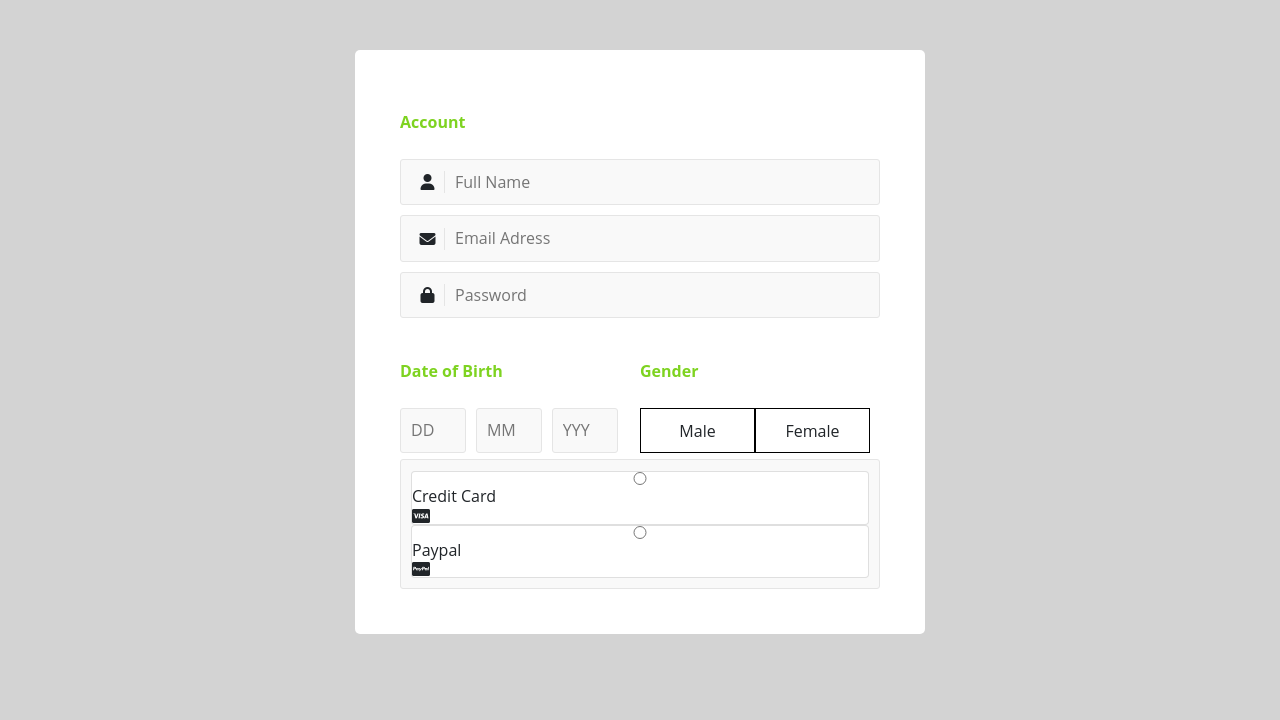
Repository: letrongtinh27/LapTrinhWeb
Page: Payment/index.html
The author's editor kept a copy of each file at every save. The page is drawn from the files as they stood at one save, then again after the next save.
The browser window is 1280 px wide. The pictures show the whole page.

Above is the page before, as saved 2022-10-11 21:44:50.

### Payment/index.html
<!DOCTYPE html>
<html lang="en">
<head>
    <meta charset="UTF-8">
    <meta http-equiv="X-UA-Compatible" content="IE=edge">
    <meta name="viewport" content="width=device-width, initial-scale=1.0">
    <title>Document</title>
    <link rel="stylesheet" href="./reset.css">
    <link rel="stylesheet" href="./style.css">
    <link rel="stylesheet" href="https://cdn.jsdelivr.net/npm/bootstrap@4.3.1/dist/css/bootstrap.min.css" integrity="sha384-ggOyR0iXCbMQv3Xipma34MD+dH/1fQ784/j6cY/iJTQUOhcWr7x9JvoRxT2MZw1T" crossorigin="anonymous">
    <link rel="stylesheet" href="https://cdnjs.cloudflare.com/ajax/libs/font-awesome/6.2.0/css/all.min.css" integrity="sha512-xh6O/CkQoPOWDdYTDqeRdPCVd1SpvCA9XXcUnZS2FmJNp1coAFzvtCN9BmamE+4aHK8yyUHUSCcJHgXloTyT2A==" crossorigin="anonymous" referrerpolicy="no-referrer" />
</head>
<body>
    <div class="payment">
        <form action="#" class="form-payment">
            <h4 class="title">Account</h4>
            <div class="form-group">
            <div class="form-item">
                <input type="text" placeholder="Full Name">
                <div class="icon icon-name">
                    <i class="fa-solid fa-user"></i>
                </div>
            </div>
            <div class="form-item">
                <input type="email" placeholder="Email Adress">
                <div class="icon icon-email">
                    <i class="fa-solid fa-envelope"></i>
                </div>
            </div>
            <div class="form-item">
                <input type="password" placeholder="Password">
                <div class="icon icon-pass">
                    <i class="fa-solid fa-lock"></i>
                </div>
            </div>
        </div>
        <div class="form-group2">
            <div class="group2">
                <h4 class="title">Date of Birth</h4>
                <div class="input-group">
                    <div class="item-input"> <input type="text" placeholder="DD"></div>
                    <div class="item-input"> <input type="text" placeholder="MM"></div>
                    <div class="item-input"> <input type="text" placeholder="YYY"></div>
                </div>
            </div>
            <div class="group2">
                <h4 class="title">Gender</h4>
                <div class="input-group">
                    <input type="radio" name="gender" value="male" id="gender-male" class="radio-input">
                    <label for="gender-male">Male</label>
                    <input type="radio" name="gender" id="gender-female" value="female"
                    class="radio-input">
                    <label for="gender-female">Female</label>
                </div>
            </div>

        </div>

            <div class="form-item">
                <div class="card">
                    <input type="radio"> Credit Card
                    <i class="fa-brands fa-cc-visa"></i>
                </div>
                <div class="card">
                    <input type="radio"> Paypal
                    <i class="fa-brands fa-cc-paypal"></i>
                </div>
                </div>
                <!-- <div class="form-item">
                    <input type="text" placeholder="Card Number">
                    <div class="icon icon-card">
                        <i class="fa-solid fa-credit-card"></i>
                    </div>
                </div> -->
                <!-- <div class="form-item">
                   <div class="left">
                    <select name="" id="">
                        <option value="">01 Jan</option>
                        <option value="">02 Jan</option>
                    </select>
                    <select name="" id="">
                        <option value="">2015</option>
                        <option value="">2016</option>
                    </select>
                   </div>
                </div> -->
                <!-- <div class="form-item">
                    <h4 class="title">Terms and Conditions</h4>
                    <input type="radio">
                    <label for="">I accept the term and conditions for signing up to this service, and here by confirm i have read the privacy policy.</label>
                </div> -->
        </form>
    </div>
</body>
</html>

### Payment/style.css
/* https://codepen.io/josecarneiro/pen/Kwbapp @import: "libs/base.less"; */
body {
    font-family: 'Open Sans',sans-serif !important;
    background-color: lightgray !important;
}
.payment{
    width: 100%;
    max-width: 570px;
    margin: 50px auto;
    justify-content: center;
    align-items: center;
    display: flex;
    border-radius: 5px;
    background-color: #fff;
    padding: 35px 45px;
}
.form-payment{
    font-family: 'Open Sans',sans-serif;
}
.title{
    color: #7ed321;
    font-size: 16px;
    font-weight: bold;
    line-height: 1.5;
    margin: 25px 0px;
}
.form-group{
    position: relative;

}
.form-item, .item-input > input {
    width: 100%;
    padding: 10px;
    line-height: 1.4;
    border: 1px solid #e5e5e5;
    border-radius: 3px;
    background-color: #f9f9f9;
    margin-bottom: 10px;
}

.form-item > input{
    padding-left: 44px;
    border: 0;
    outline: none;
    background-color: #f9f9f9;
    margin: 0 auto;
}


.icon {
    display: block;
    position: absolute;
    width: 34px;
    text-align: center;
    border-right: 1px solid #e5e5e5;
}
.icon-name{
    top: 12px;
}
.icon-email{
    top: 69px;
}

.icon-pass {
    top: 125px;
}

.icon-card {
    top: 777px;
}

.form-group2 {
    display: block;
    width: 100%;
    height: 125px;
}

.group2 {
    padding-right: 10px;
    float: left;
    width: 50%;
}
.input-group{
    margin-bottom: 10px;
}
.item-input {
    padding-right: 10px;
    float: left;
    width: 33%;
    height: 53px;
}
.radio-input {
    display: none;
}

.input-group > label {
    display: inline-block;
    width: 50%;
    height: 45px;
    padding-top: 10px;
    text-align: center;
    float: left;
    border-radius: 0;
    border: 1px solid black;
}

input[type="radio"]:checked + label, input:checked + label:before, select:focus, select:active {
    background-color: #7ed321;
    color: #fff;
    border-color: #64ac15;
}
.card{

}
.right{

}
.left{

}

Loaded but not shown: Payment/reset.css (common file)

After the next save:
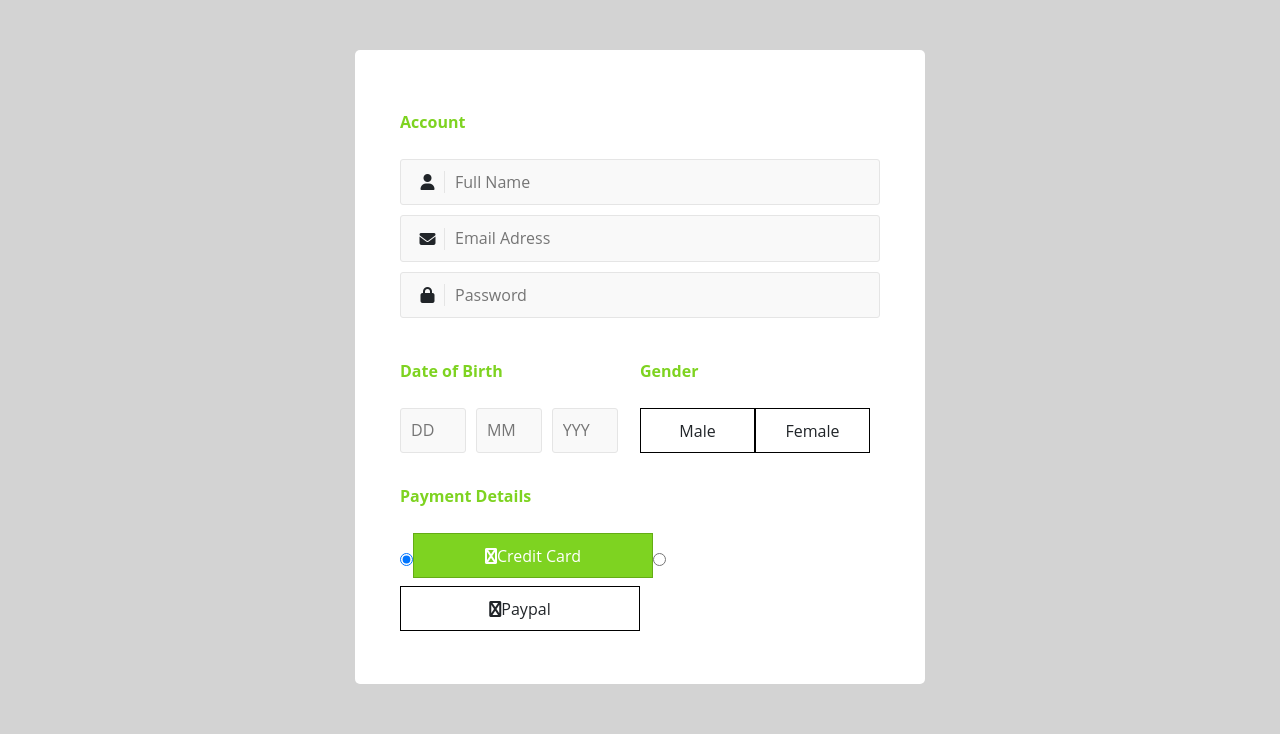
Saved 78 s later.
--- a/Payment/index.html
+++ b/Payment/index.html
@@ -55,8 +55,16 @@
             </div>
 
         </div>
-
-            <div class="form-item">
+        <div class="form-group3">
+            <h4 class="title">Payment Details</h4>
+            <div class="input-group">
+                <input type="radio" name="payment-method" value="card" id="payment-method-card" checked="true">
+                <label for="payment-method-card"><span><i class="fa fa-cc-visa"></i>Credit Card</span></label>
+                <input type="radio" name="payment-method" value="paypal" id="payment-method-paypal">
+                <label for="payment-method-paypal"> <span><i class="fa fa-cc-paypal"></i>Paypal</span></label>
+              </div>
+        </div>
+            <!-- <div class="form-item">
                 <div class="card">
                     <input type="radio"> Credit Card
                     <i class="fa-brands fa-cc-visa"></i>
@@ -65,7 +73,7 @@
                     <input type="radio"> Paypal
                     <i class="fa-brands fa-cc-paypal"></i>
                 </div>
-                </div>
+                </div> -->
                 <!-- <div class="form-item">
                     <input type="text" placeholder="Card Number">
                     <div class="icon icon-card">
